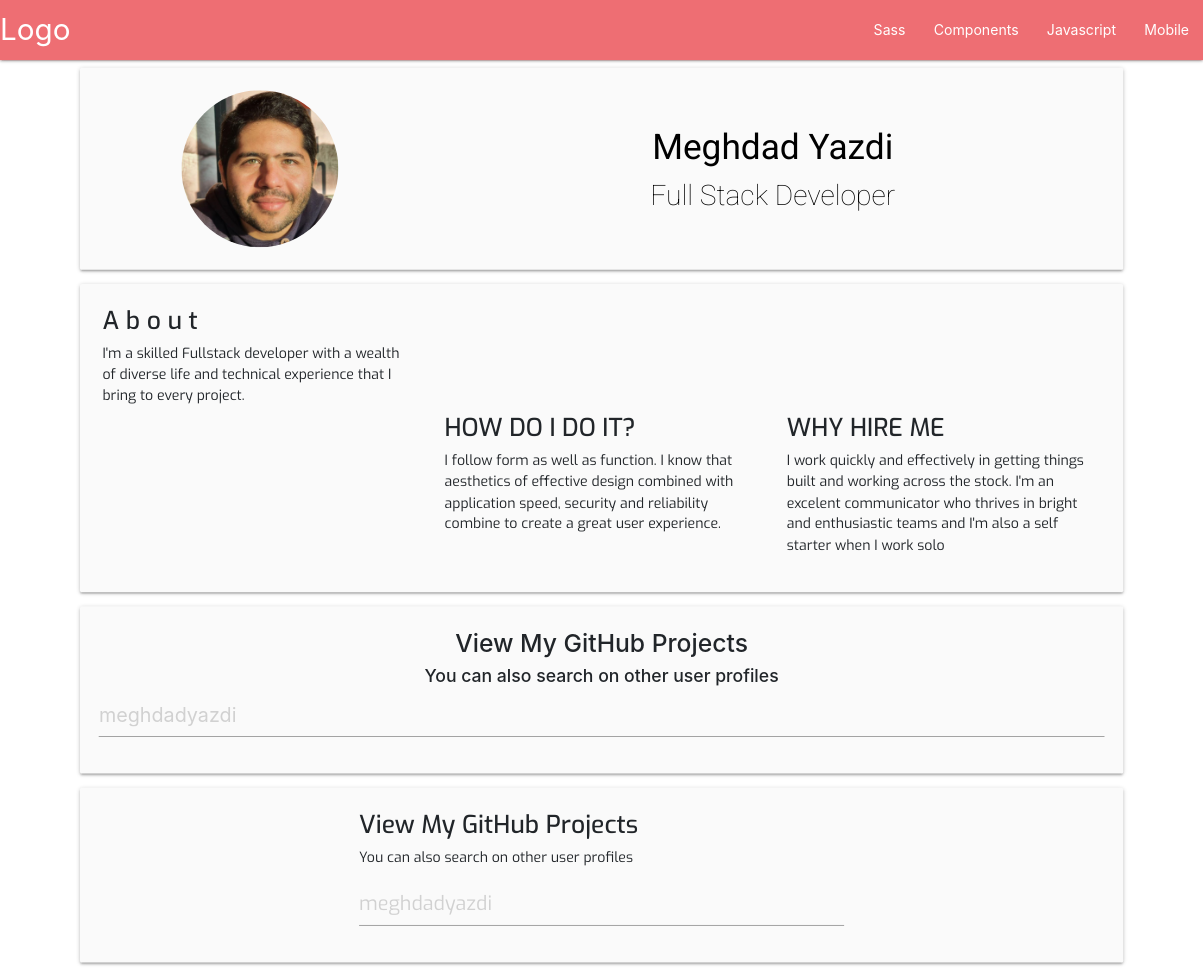
Repository: meghdadyazdi/SD_Res
Page: index.html
The author's editor kept a record of every edit. The page is drawn from the files as they stood at one moment, then again after the next edit.
The browser window is 1280 px wide. The pictures show the whole page, at 94% of full size.

Above is the page before.
Console error: ReferenceError: $ is not defined

### index.html
<!DOCTYPE html>
<html lang="en">
<head>
    <meta charset="UTF-8">
    <meta name="viewport" content="width=device-width, initial-scale=1.0">
    <meta http-equiv="X-UA-Compatible" content="ie=edge">
    <link rel="stylesheet" href="https://cdnjs.cloudflare.com/ajax/libs/materialize/1.0.0/css/materialize.min.css">
    <link href="https://fonts.googleapis.com/icon?family=Material+Icons" rel="stylesheet">
    <link rel="stylesheet" href="assets/style.css" type="text/css" />
    <link href="https://fonts.googleapis.com/css?family=Raleway:100,100i,200,200i,300,300i,400,400i,500,500i,600,600i,700,700i,800,800i,900,900i&display=swap&subset=latin-ext" rel="stylesheet">
    <link rel="stylesheet" href="https://stackpath.bootstrapcdn.com/bootstrap/4.4.1/css/bootstrap.min.css" integrity="sha384-Vkoo8x4CGsO3+Hhxv8T/Q5PaXtkKtu6ug5TOeNV6gBiFeWPGFN9MuhOf23Q9Ifjh" crossorigin="anonymous">
    <link href="https://fonts.googleapis.com/css?family=Roboto+Slab:400,700&display=swap" rel="stylesheet">
    <link href="https://fonts.googleapis.com/css?family=Dosis&display=swap" rel="stylesheet">
    <script type="text/javascript" src="assets/js/github-information.js"></script>
    <title>Meghdad Yazdi's Resume</title>
</head>
<body>



   <nav>
    <div class="nav-wrapper">
      <a href="#!" class="brand-logo">Logo</a>
      <a href="#" data-target="mobile-demo" class="sidenav-trigger"><i class="material-icons">menu</i></a>
      <ul class="right hide-on-med-and-down">
        <li><a href="sass.html">Sass</a></li>
        <li><a href="badges.html">Components</a></li>
        <li><a href="collapsible.html">Javascript</a></li>
        <li><a href="mobile.html">Mobile</a></li>
      </ul>
    </div>
    <ul class="sidenav" id="mobile-demo">
    <li><a href="sass.html">Sass</a></li>
    <li><a href="badges.html">Components</a></li>
    <li><a href="collapsible.html">Javascript</a></li>
    <li><a href="mobile.html">Mobile</a></li>
  </ul>
  </nav>


<section class="container">
        <div class="card-panel grey lighten-5 z-depth-1">
          <div class="row valign-wrapper">
            <div class="col-sm-4 center">
              <!--<div class="col my_img">-->
              <img src="assets/images/meghdad_res2.jpg" alt="" class="circle responsive-img center"> <!-- notice the "circle" class -->
            <!--</div>-->
            </div>
            <div class="col-sm-8 center">
              <div class="row">
              <div class="col-sm-12 center">
              <span class="black-text name_font">
                Meghdad Yazdi
              </span>
              </div>
                <div class="col-sm-12 center">
                <span class="black-text my_font">
                Full Stack Developer
              </span>
              </div>
            </div>
            </div>
          </div>
        </div>
</section>

<section class="container">
        <div class="card-panel grey lighten-5 z-depth-1">
          <div class="row">
            <div class="col-sm-12 text_font"><h3>A b o u t</h3></div>
            <div class="col-sm-6 col-md-4 text_font m0">

            <p>
              I'm a skilled Fullstack developer with a wealth of diverse life and technical experience that I bring to every project.
            </p>
            </div>
            <div class="col-sm-6 col-md-4 text_font">
              <h3>HOW DO I DO IT?</h3>
            <p>
              I follow form as well as function. I know that aesthetics of effective design combined with application speed, security and reliability combine to create a great user experience.
            </p>
            </div>
            <div class="col-sm-6 col-md-4 text_font">
              <h3>WHY HIRE ME</h3>
            <p>
              I work quickly and effectively in getting things built and working across the stock. I'm an excelent communicator who thrives in bright and enthusiastic teams and I'm also a self starter when I work solo
            </p>
            </div>
          </div>
        </div>
</section>

<section class="container">
        <div class="card-panel grey lighten-5 z-depth-1">
            <div class="row bg-color-contact">
            <div class="col">
                <h3 class="contact-heading uppercase text-center">View My GitHub Projects</h3>
                <h5 class="uppercase text-center">You can also search on other user profiles</h5>
                <div class="center-form">
                    <input type="text" id="gh-username" placeholder="meghdadyazdi" value="" oninput="fetchGitHubInformation()" />
                    <div id="gh-user-data"></div>
                    <div id="gh-repo-data"></div>
                </div>
            </div>
        </div>
        </div>
</section>

<section class="container">
        <div class="card-panel grey lighten-5 z-depth-1">
            <div class="row bg-color-contact">

              <div class="col-md-6 offset-md-3 center-form text_font">
              <h3>View My GitHub Projects</h3>
            <p>
              You can also search on other user profiles
            </p>

            </div>
            <div class="col-md-6 offset-md-3 center-form text_font">
                    <input type="text" id="gh-username" placeholder="meghdadyazdi" value="" oninput="fetchGitHubInformation()" />
                    <div id="gh-user-data"></div>
                    <div id="gh-repo-data"></div>
              </div>
        </div>
        </div>
</section>












</body>
<script src="https://cdnjs.cloudflare.com/ajax/libs/jquery/3.4.1/jquery.min.js" integrity="sha256-CSXorXvZcTkaix6Yvo6HppcZGetbYMGWSFlBw8HfCJo=" crossorigin="anonymous"></script>
<script src="https://cdnjs.cloudflare.com/ajax/libs/materialize/1.0.0/js/materialize.min.js"></script>
<script type="text/javascript" src="assets/js/jquery.js"></script>
<script type="text/javascript" src="">
  $(document).ready(function(){
    $('.sidenav').sidenav();
  });
</script>
</html>

### assets/style.css
@import url('https://fonts.googleapis.com/css?family=Roboto:100,200,300,400,500,600,700|Exo:100,200,300,400,500,600,700');


.row .col.m2 {
    width: 50%;
    margin: 0;
}
.row .col.s12 {
    width: 50%;
    margin: 0;
}
.card-panel{
    position: relative;
}
.dark-bg{
    background-color: #676767;
}
.center {
  display: block;
  margin-left: auto;
  margin-right: auto;
  width: 50%;
}

img.responsive-img, video.responsive-video {
    max-width: 50%;
    /*position: absolute;*/
    /*top: 50%;*/
    /*left: 50%;*/
    /*margin-right: -50%;*/
    /*transform: translate(-50%, -50%)*/
}
.name_font{
    /*font-family: 'Dosis', sans-serif;*/
    font-family: "Roboto", sans-serif;
    font-size: 2.5rem;
    font-weight: 400;
    text-align: center;
}
.my_font{
    /*font-family: 'Dosis', sans-serif;*/
    font-family: "Roboto", sans-serif;
    font-size: 2rem;
    /*text-align: center;*/
    font-weight: 100;
}
.text_font{
    /*font-family: 'Dosis', sans-serif;*/
    font-family: "Exo", sans-serif;
    font-size: 1rem;
    /*text-align: center;*/
    font-weight: 400;
}
.row{
    margin: 0;
}

.m0{
  margin: 0 !important;
}

.p0{
  padding: 0 !important;
}

.row .col-sm-6{
  margin-top: 5rem;
}

a:hover {
    color: #fff !important;
    text-decoration: none !important;
}






#search-area {
  display: block;
  max-width: 70%;
  margin: 0 auto;
  background: #fff;
  padding: 15px 25px;
  -webkit-box-shadow: 1px 2px 3px -1px rgba(0, 0, 0, 0.4);
  -moz-box-shadow: 1px 2px 3px -1px rgba(0, 0, 0, 0.4);
  box-shadow: 1px 2px 3px -1px rgba(0, 0, 0, 0.4);
  -webkit-border-radius: 4px;
  -moz-border-radius: 4px;
  border-radius: 4px;
}

#gh-api-data {
  display: block;
  padding: 25px 0;
}

#loader {
  display: block;
  width: 200px;
  height: 200px;
  margin: 0 auto;
}


/* page content styles */

.small-name {
  font-size: 0.75em;
  color: #a9a9a9;
  font-style: italic;
}

.avi {
  float: left;
  margin-right: 7px;
  margin-bottom: 7px;
}

.avi img {
  border: 1px solid #ccc;
  padding: 3px;
}

.repo-list {
  display: block;
  clear: both;
  width: 100%;
}

.repo-list ul {
  font-size: 1.2em;
}

.repo-list ul li {
  display: block;
}

.repo-list ul li a {
  font-weight: bold;
  padding: 6px 9px;
  display: block;
  float: left;
  margin-right: 10px;
  margin-bottom: 10px;
  text-decoration: none;
  border: 1px solid #356492;
  -webkit-border-radius: 3px;
  -moz-border-radius: 3px;
  border-radius: 3px;
  color: #fff;
  background-color: #3673af;
  background-image: -webkit-gradient(linear, left top, left bottom, from(#5597d8), to(#3673af));
  background-image: -webkit-linear-gradient(top, #5597d8, #3673af);
  background-image: -moz-linear-gradient(top, #5597d8, #3673af);
  background-image: -ms-linear-gradient(top, #5597d8, #3673af);
  background-image: -o-linear-gradient(top, #5597d8, #3673af);
  background-image: linear-gradient(top, #5597d8, #3673af);
}

.repo-list ul li a:hover {
  background-color: #396895;
  background-image: -webkit-gradient(linear, left top, left bottom, from(#4b87c2), to(#396895));
  background-image: -webkit-linear-gradient(top, #4b87c2, #396895);
  background-image: -moz-linear-gradient(top, #4b87c2, #396895);
  background-image: -ms-linear-gradient(top, #4b87c2, #396895);
  background-image: -o-linear-gradient(top, #4b87c2, #396895);
  background-image: linear-gradient(top, #4b87c2, #396895);
}

.repo-list ul li a:active {
  -webkit-box-shadow: inset 0 3px 5px rgba(0, 0, 0, 0.25);
  -moz-box-shadow: inset 0 3px 5px rgba(0, 0, 0, 0.25);
  box-shadow: inset 0 3px 5px rgba(0, 0, 0, 0.25);
}

.repo-list ul li a span {
  font-family: "Courier New", Courier, "Lucida Typewriter", monospace;
  font-size: 0.9em;
}

/* input field */

#gh-username {
  display: block;
  padding: 0;
  font-size: 1.4em;
  color: #666;
  /*max-width: 550px;*/
  margin-bottom: 15px;
}


#gh-submit {
  display: inline-block;
  padding: 8px 18px;
  font-size: 14px;
  font-weight: bold;
  color: #444;
  text-decoration: none;
  text-shadow: 0 1px 0 rgba(255, 255, 255, 0.8);
  background-color: #eaeaea;
  background-image: -webkit-linear-gradient(#fafafa, #eaeaea);
  background-image: -moz-linear-gradient(#fafafa, #eaeaea);
  background-image: -ms-linear-gradient(top, #fafafa, #eaeaea);
  background-image: -o-linear-gradient(top, #fafafa, #eaeaea);
  background-image: linear-gradient(#fafafa, #eaeaea);
  border-radius: 3px;
  border: 1px solid #ddd;
  border-bottom-color: #c5c5c5;
  -webkit-box-shadow: 0 1px 3px rgba(0, 0, 0, 0.05);
  -moz-box-shadow: 0 1px 3px rgba(0, 0, 0, 0.05);
  box-shadow: 0 1px 3px rgba(0, 0, 0, 0.05);
}

#gh-submit:hover {
  background-color: #dadada;
  background-image: -webkit-linear-gradient(#eaeaea, #dadada);
  background-image: -moz-linear-gradient(#eaeaea, #dadada);
  background-image: -ms-linear-gradient(top, #eaeaea, #dadada);
  background-image: -o-linear-gradient(top, #eaeaea, #dadada);
  background-image: linear-gradient(#eaeaea, #dadada);
  border-color: #ccc #ccc #b5b5b5;
}

#gh-submit:active {
  background-color: #dadada;
  background-image: none;
  border-color: #b5b5b5;
  -webkit-box-shadow: inset 0 3px 5px rgba(0, 0, 0, 0.25);
  -moz-box-shadow: inset 0 3px 5px rgba(0, 0, 0, 0.25);
  box-shadow: inset 0 3px 5px rgba(0, 0, 0, 0.25);
}

### assets/js/github-information.js
function userInformationHTML(user) {
    return `
        <h2>${user.name}
            <span class="small-name">
                (@<a href="${user.html_url}" target="_blank">${user.login}</a>)
            </span>
        </h2>
        <div class="gh-content">
            <div class="gh-avatar">
                <a href="${user.html_url}" target="_blank">
                    <img src="${user.avatar_url}" width="80" height="80" alt="${user.login}" />
                </a>
            </div>
            <p>Followers: ${user.followers} - Following ${user.following} <br> Repos: ${user.public_repos}</p>
        </div>`;
}

function repoInformationHTML(repos) {
    if (repos.length == 0) {
        return `<div class="clearfix repo-list">No repos!</div>`;
    }

    var listItemsHTML = repos.map(function(repo) {
        return `<li>
                    <a href="${repo.html_url}" target="_blank">${repo.name}</a>
                </li>`;
    });

    return `<div class="clearfix repo-list">
                <p>
                    <strong>Repo List:</strong>
                </p>
                <ul>
                    ${listItemsHTML.join("\n")}
                </ul>
            </div>`;
}

function fetchGitHubInformation(event) {
    $("#gh-user-data").html("");
    $("#gh-repo-data").html("");

    var username = $("#gh-username").val();
    if (!username) {
        $("#gh-user-data").html(`<h6>Please enter a GitHub username</h6>`);
        return;
    }

    $("#gh-user-data").html(
        `<div id="loader">
            <img src="images/loader.gif" alt="loading..." />
        </div>`);

    $.when(
        $.getJSON(`https://api.github.com/users/${username}`),
        $.getJSON(`https://api.github.com/users/${username}/repos`)
    ).then(
        function(firstResponse, secondResponse) {
            var userData = firstResponse[0];
            var repoData = secondResponse[0];
            $("#gh-user-data").html(userInformationHTML(userData));
            $("#gh-repo-data").html(repoInformationHTML(repoData));
        },
        function(errorResponse) {
            if (errorResponse.status === 404) {
                $("#gh-user-data").html(
                    `<h2>No info found for user ${username}</h2>`);
            } else if (errorResponse.status === 403) {
                var resetTime = new Date(errorResponse.getResponseHeader('X-RateLimit-Reset') * 1000);
                $("#gh-user-data").html(`<h4>Too many requests, please wait until ${resetTime.toLocaleTimeString()}</h4>`);
            }
            else {
                console.log(errorResponse);
                $("#gh-user-data").html(
                    `<h2>Error: ${errorResponse.responseJSON.message}</h2>`);
            }
        });
}

$(document).ready(fetchGitHubInformation);

Loaded but not shown: assets/js/jquery.js (no copy from this time; the picture is the same without it)

After the next edit:
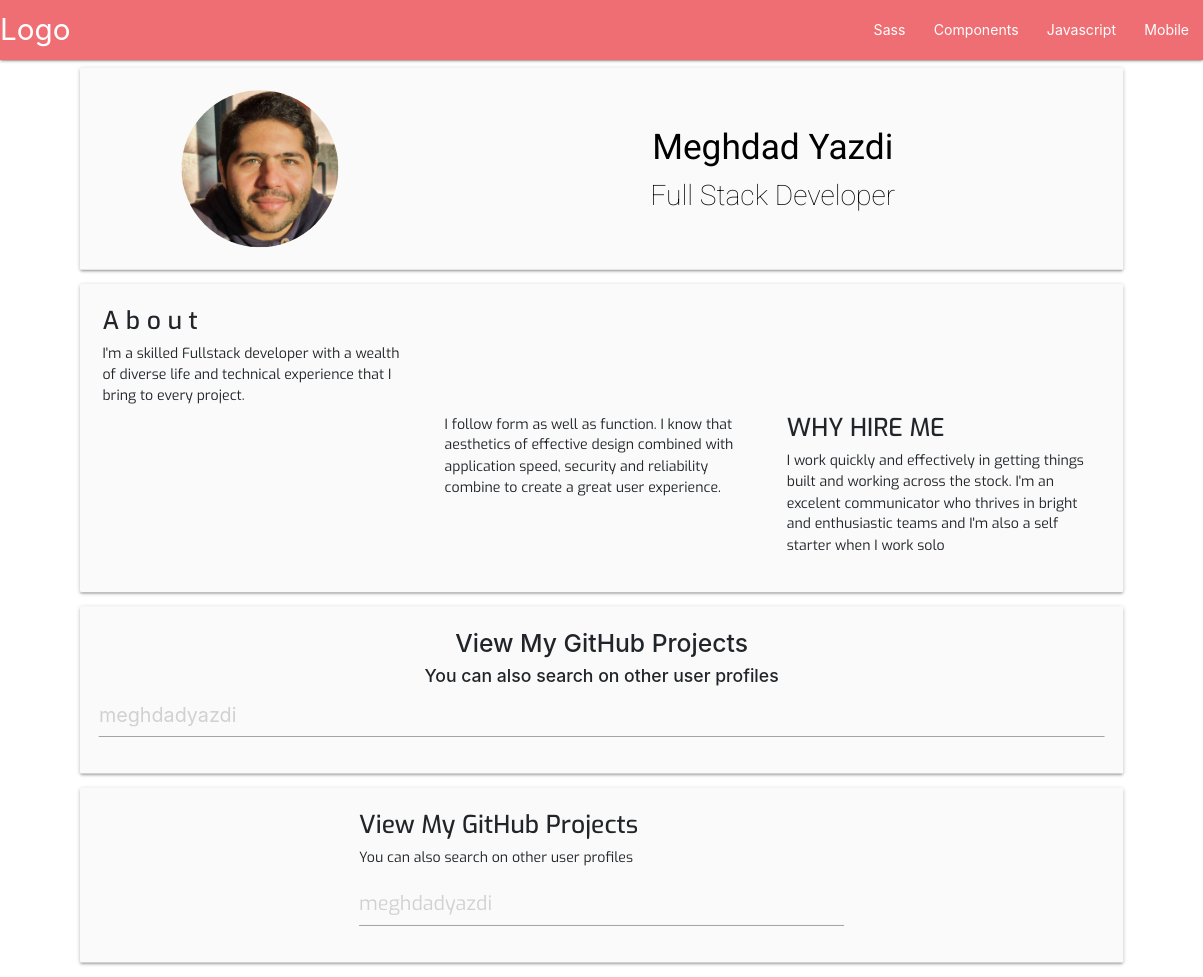
The edit:
--- a/index.html
+++ b/index.html
@@ -75,7 +75,7 @@
             </p>
             </div>
             <div class="col-sm-6 col-md-4 text_font">
-              <h3>HOW DO I DO IT?</h3>
+              <!--<h3>HOW DO I DO IT?</h3>-->
             <p>
               I follow form as well as function. I know that aesthetics of effective design combined with application speed, security and reliability combine to create a great user experience.
             </p>
